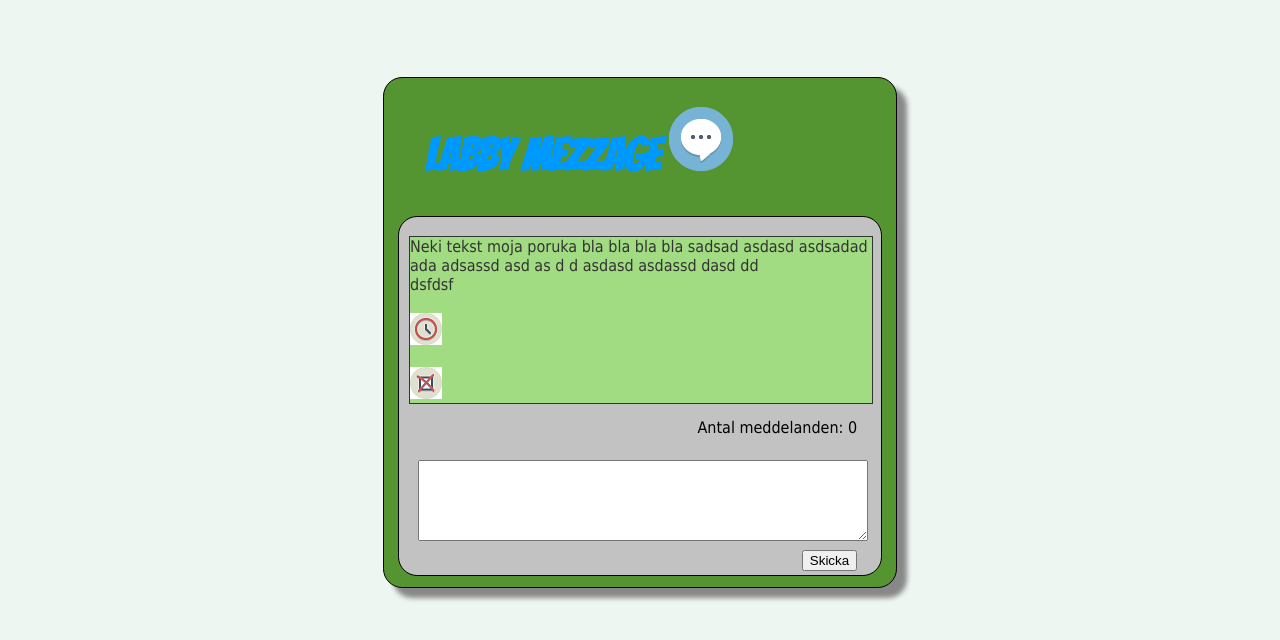
Repository: jb223cp/1dv403-laborationer
Page: 2-labbymezzage/index.html
The author's editor kept a record of every edit. The page is drawn from the files as they stood at one moment, then again after the next edit.
The browser window is 1280 px wide. The pictures show the whole page.

Above is the page before.
Console error: ReferenceError: Message is not defined

After the next edit:
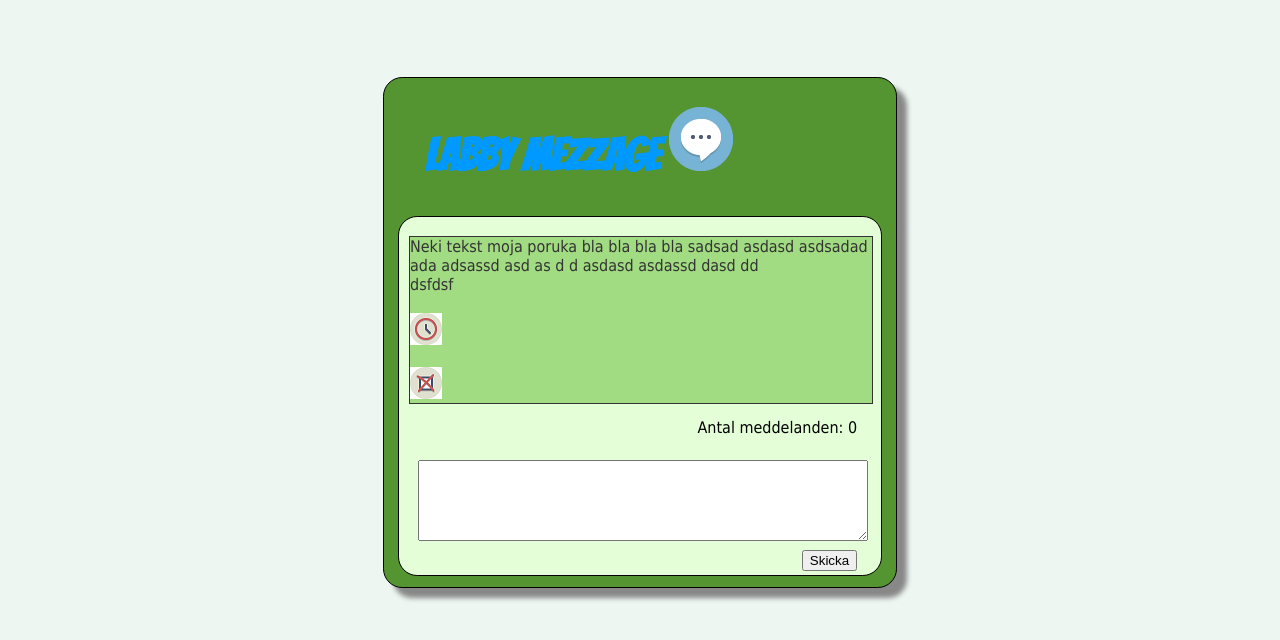
The edit:
--- a/2-labbymezzage/main.css
+++ b/2-labbymezzage/main.css
@@ -59,7 +59,7 @@
 section.message{
     /*margin-top:2%;*/
     margin-bottom:2%;
-    background-color:#C2C2C2;
+    background-color:#E4FED7;
     width:94%;
     margin-right:auto;
     margin-left:auto;
